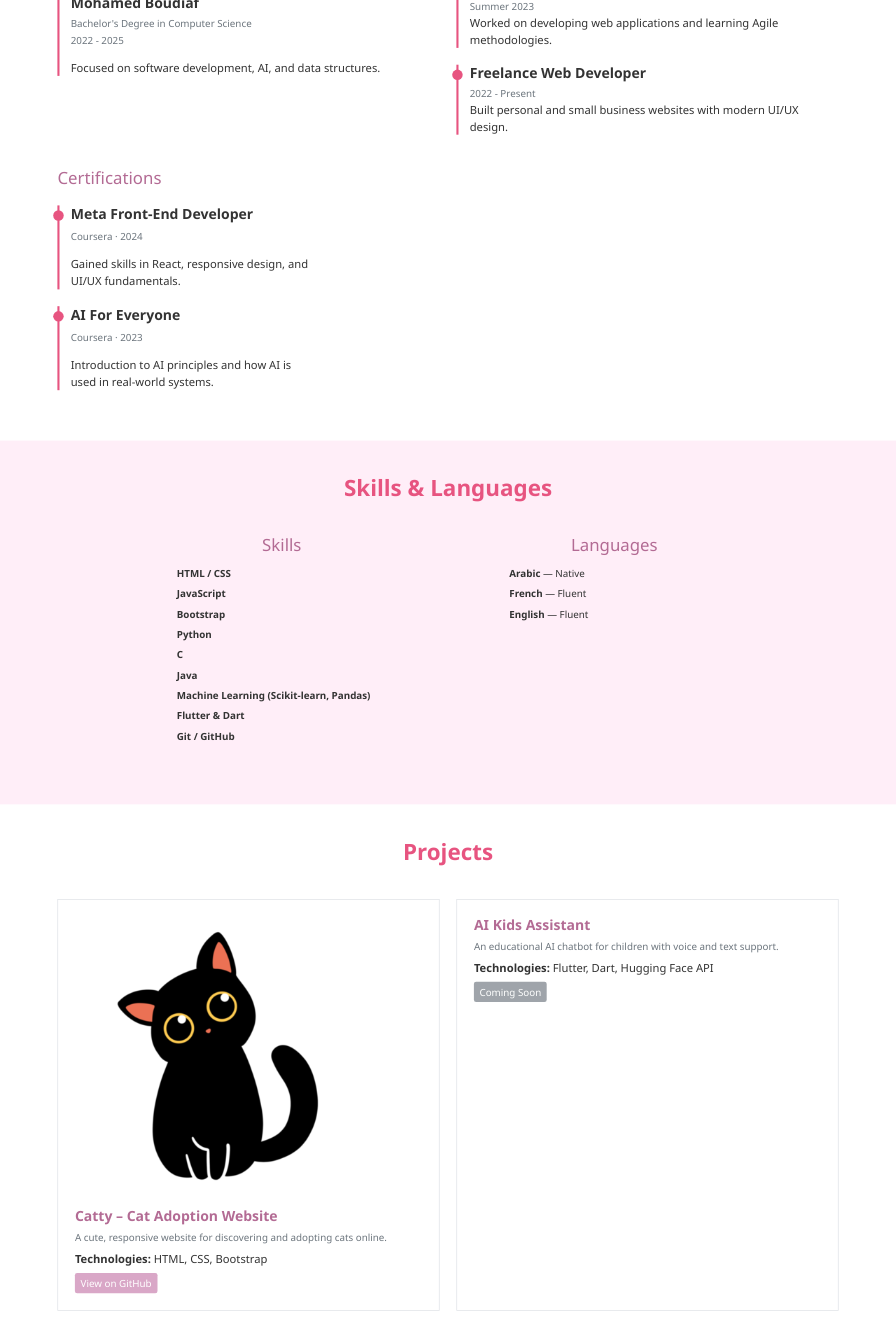
Repository: rihebtlh/portfolio
Page: new.html
The author's editor kept a copy of each file at every save. The page is drawn from the files as they stood at one save, then again after the next save.
The browser window is 1280 px wide. The pictures show the part of the page from y = 1489 to 3409 px (the page is 3409 px tall before and 3401 px after), at 70% of full size.

Above is the page before, as saved 2025-07-02 16:01:44.

After the next save:
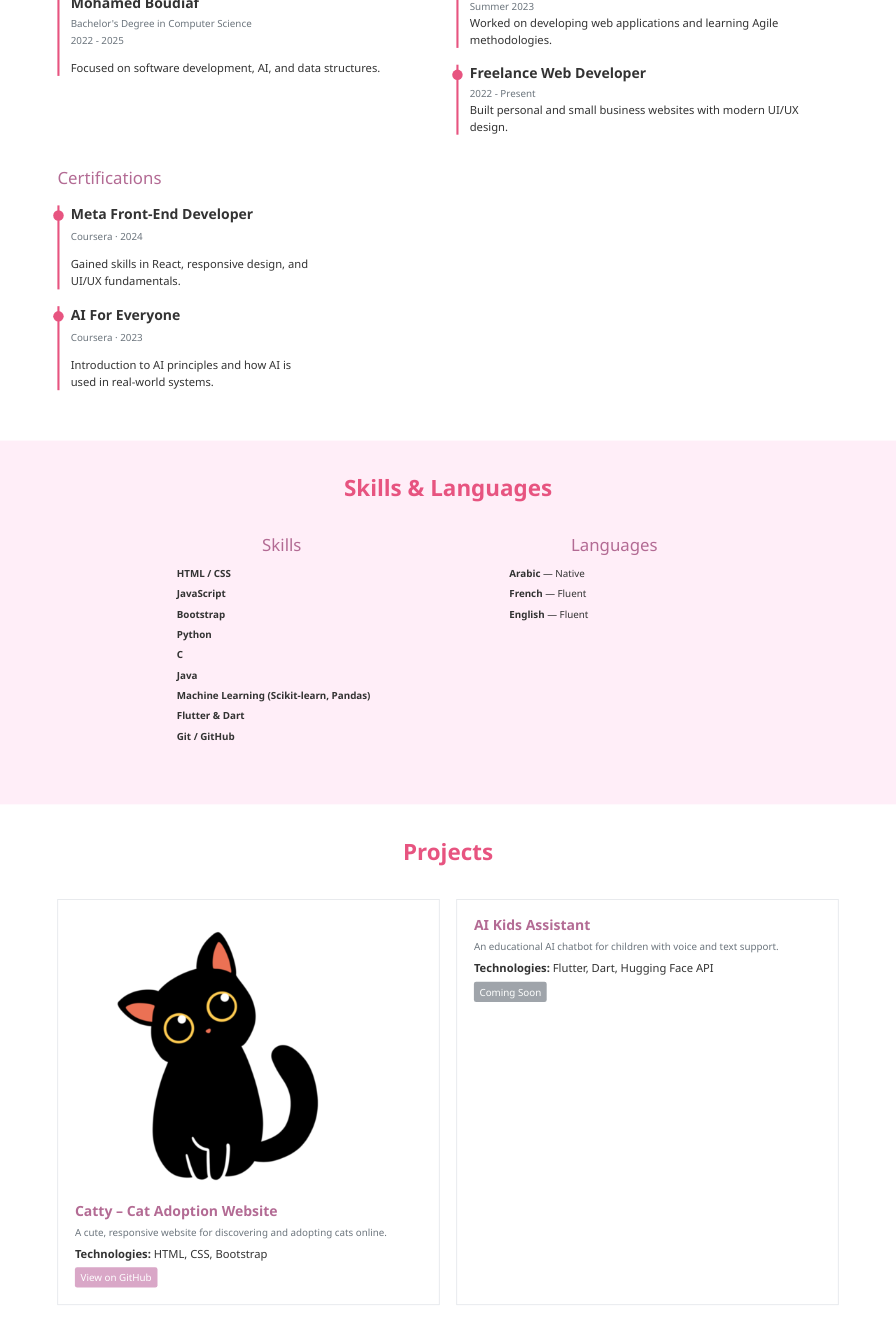
Saved 32 s later.
--- a/new.html
+++ b/new.html
@@ -266,7 +266,7 @@
           <div class="col-md-6">
             <div class="p-4 border rounded-4 h-100" style="border-color: #ffd6e8; background-color: #fff;">
               <!-- Project Image -->
-              <img src="assets/catLogo.webp" alt="Catty Website Preview" class="img-fluid rounded mb-3">
+              <img src="assets/catLogo.webp" alt="Catty Website Preview" class="img-fluid rounded mb-2">
               <!-- Project Content -->
               <h5 class="fw-bold" style="color: #b36b94;">Catty – Cat Adoption Website</h5>
               <p class="text-muted small mb-2">A cute, responsive website for discovering and adopting cats online.</p>
